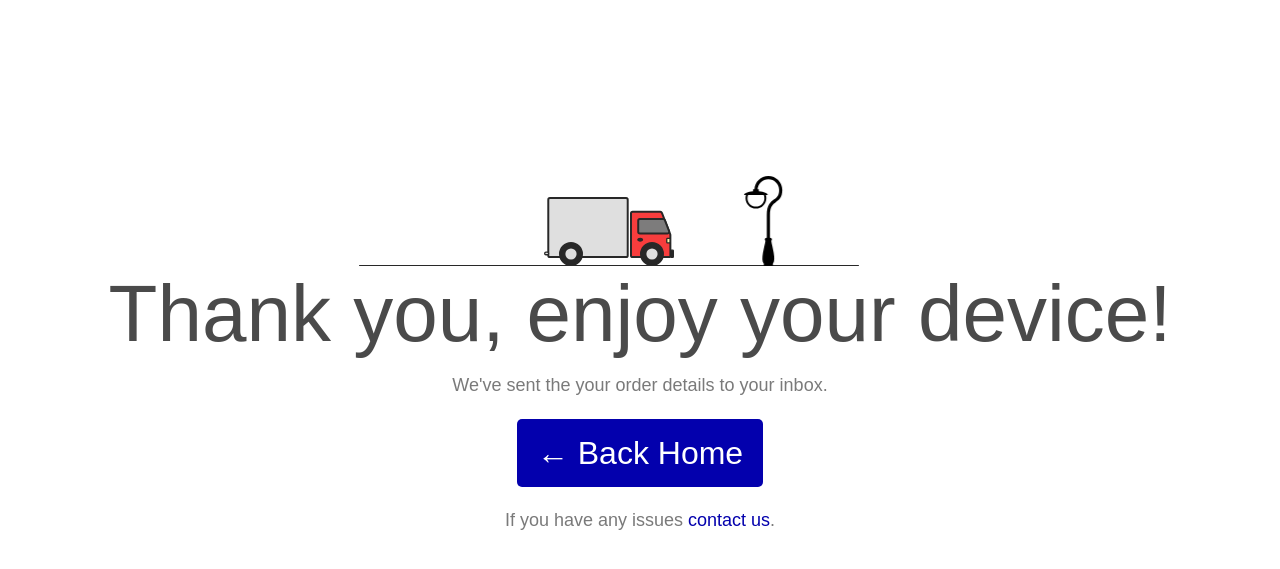
Repository: Davidobi21/macelect
Page: frontend/pages/thank-you.html
An editor plug-in stored every save of this project. The page is shown before and after the next save, followed by the edit.
The browser window is 1280 px wide. The pictures show the whole page.

Above is the page before, as saved 2025-05-06 10:39:06.

### frontend/pages/thank-you.html
<!DOCTYPE html>
<html lang="en">
<head>
  <meta charset="UTF-8">
  <meta name="viewport" content="width=device-width, initial-scale=1.0">
  <title>Thank You</title>
  <link href="https://cdn.jsdelivr.net/npm/bootstrap@5.3.0-alpha1/dist/css/bootstrap.min.css" rel="stylesheet">
  <style>
    body {
      display: flex;
      justify-content: center;
      align-items: center;
      height: 100vh;
      margin: 0;
      font-family: 'Arial', sans-serif;
    }

    /* From Uiverse.io by vinodjangid07 */
.loader {
  width: 1000px;
  height: 100px;
  display: flex;
  align-items: center;
  justify-content: center;
}

.truckWrapper {
  width: 500px;
  height: 100px;
  display: flex;
  flex-direction: column;
  position: relative;
  align-items: center;
  justify-content: flex-end;
  overflow-x: hidden;
}
/* truck upper body */
.truckBody {
  width: 130px;
  height: fit-content;
  margin-bottom: 6px;
  animation: motion 1s linear infinite;
}
/* truck suspension animation*/
@keyframes motion {
  0% {
    transform: translateY(0px);
  }
  50% {
    transform: translateY(3px);
  }
  100% {
    transform: translateY(0px);
  }
}
/* truck's tires */
.truckTires {
  width: 130px;
  height: fit-content;
  display: flex;
  align-items: center;
  justify-content: space-between;
  padding: 0px 10px 0px 15px;
  position: absolute;
  bottom: 0;
}
.truckTires svg {
  width: 24px;
}

.road {
  width: 100%;
  height: 1.5px;
  background-color: #282828;
  position: relative;
  bottom: 0;
  align-self: flex-end;
  border-radius: 3px;
}
.road::before {
  content: "";
  position: absolute;
  width: 50px;
  height: 100%;
  background-color: #282828;
  right: -50%;
  border-radius: 3px;
  animation: roadAnimation 1.4s linear infinite;
  border-left: 10px solid white;
}
.road::after {
  content: "";
  position: absolute;
  width: 10px;
  height: 100%;
  background-color: #282828;
  right: -65%;
  border-radius: 3px;
  animation: roadAnimation 1.4s linear infinite;
  border-left: 4px solid white;
}

.lampPost {
  position: absolute;
  bottom: 0;
  right: -2%;
  height: 90px;
  animation: roadAnimation 2.3s linear infinite;
}

@keyframes roadAnimation {
  0% {
    transform: translateX(0px);
  }
  100% {
    transform: translateX(-350px);
  }
}

    .thank-you-container {
      text-align: center;
      padding: 40px;
      border-radius: 10px;
    }
    .thank-you-container img {
      width: 400px;
      margin-bottom: 20px;
    }
    .thank-you-container h1 {
      font-size: 5rem;
      color: #4a4a4a;
      margin-bottom: 10px;
    }
    .thank-you-container p {
      color: #7a7a7a;
      font-size: large;
      margin-bottom: 20px;
    }
    .thank-you-container .btn {
      background-color: #0300ad;
      color: #fff;
      padding: 10px 20px;
      border: none;
      border-radius: 5px;
      text-decoration: none;
      font-size: 2rem;
    }
    .thank-you-container .btn:hover {
      background-color: #e14c6a;
    }
    .thank-you-container .contact {
      margin-top: 20px;
      font-size: 0.9rem;
      color: #7a7a7a;
    }
    .thank-you-container .contact a {
      color:  #0300ad;
      text-decoration: none;
    }
    .thank-you-container .contact a:hover {
      text-decoration: underline;
    }
  </style>
</head>
<body>
  <div class="thank-you-container">
    <!-- From Uiverse.io by vinodjangid07 -->
<div class="loader">
  <div class="truckWrapper">
    <div class="truckBody">
      <svg
        xmlns="http://www.w3.org/2000/svg"
        fill="none"
        viewBox="0 0 198 93"
        class="trucksvg"
      >
        <path
          stroke-width="3"
          stroke="#282828"
          fill="#F83D3D"
          d="M135 22.5H177.264C178.295 22.5 179.22 23.133 179.594 24.0939L192.33 56.8443C192.442 57.1332 192.5 57.4404 192.5 57.7504V89C192.5 90.3807 191.381 91.5 190 91.5H135C133.619 91.5 132.5 90.3807 132.5 89V25C132.5 23.6193 133.619 22.5 135 22.5Z"
        ></path>
        <path
          stroke-width="3"
          stroke="#282828"
          fill="#7D7C7C"
          d="M146 33.5H181.741C182.779 33.5 183.709 34.1415 184.078 35.112L190.538 52.112C191.16 53.748 189.951 55.5 188.201 55.5H146C144.619 55.5 143.5 54.3807 143.5 53V36C143.5 34.6193 144.619 33.5 146 33.5Z"
        ></path>
        <path
          stroke-width="2"
          stroke="#282828"
          fill="#282828"
          d="M150 65C150 65.39 149.763 65.8656 149.127 66.2893C148.499 66.7083 147.573 67 146.5 67C145.427 67 144.501 66.7083 143.873 66.2893C143.237 65.8656 143 65.39 143 65C143 64.61 143.237 64.1344 143.873 63.7107C144.501 63.2917 145.427 63 146.5 63C147.573 63 148.499 63.2917 149.127 63.7107C149.763 64.1344 150 64.61 150 65Z"
        ></path>
        <rect
          stroke-width="2"
          stroke="#282828"
          fill="#FFFCAB"
          rx="1"
          height="7"
          width="5"
          y="63"
          x="187"
        ></rect>
        <rect
          stroke-width="2"
          stroke="#282828"
          fill="#282828"
          rx="1"
          height="11"
          width="4"
          y="81"
          x="193"
        ></rect>
        <rect
          stroke-width="3"
          stroke="#282828"
          fill="#DFDFDF"
          rx="2.5"
          height="90"
          width="121"
          y="1.5"
          x="6.5"
        ></rect>
        <rect
          stroke-width="2"
          stroke="#282828"
          fill="#DFDFDF"
          rx="2"
          height="4"
          width="6"
          y="84"
          x="1"
        ></rect>
      </svg>
    </div>
    <div class="truckTires">
      <svg
        xmlns="http://www.w3.org/2000/svg"
        fill="none"
        viewBox="0 0 30 30"
        class="tiresvg"
      >
        <circle
          stroke-width="3"
          stroke="#282828"
          fill="#282828"
          r="13.5"
          cy="15"
          cx="15"
        ></circle>
        <circle fill="#DFDFDF" r="7" cy="15" cx="15"></circle>
      </svg>
      <svg
        xmlns="http://www.w3.org/2000/svg"
        fill="none"
        viewBox="0 0 30 30"
        class="tiresvg"
      >
        <circle
          stroke-width="3"
          stroke="#282828"
          fill="#282828"
          r="13.5"
          cy="15"
          cx="15"
        ></circle>
        <circle fill="#DFDFDF" r="7" cy="15" cx="15"></circle>
      </svg>
    </div>
    <div class="road"></div>

    <svg
      xml:space="preserve"
      viewBox="0 0 453.459 453.459"
      xmlns:xlink="http://www.w3.org/1999/xlink"
      xmlns="http://www.w3.org/2000/svg"
      id="Capa_1"
      version="1.1"
      fill="#000000"
      class="lampPost"
    >
      <path
        d="M252.882,0c-37.781,0-68.686,29.953-70.245,67.358h-6.917v8.954c-26.109,2.163-45.463,10.011-45.463,19.366h9.993
c-1.65,5.146-2.507,10.54-2.507,16.017c0,28.956,23.558,52.514,52.514,52.514c28.956,0,52.514-23.558,52.514-52.514
c0-5.478-0.856-10.872-2.506-16.017h9.992c0-9.354-19.352-17.204-45.463-19.366v-8.954h-6.149C200.189,38.779,223.924,16,252.882,16
c29.952,0,54.32,24.368,54.32,54.32c0,28.774-11.078,37.009-25.105,47.437c-17.444,12.968-37.216,27.667-37.216,78.884v113.914
h-0.797c-5.068,0-9.174,4.108-9.174,9.177c0,2.844,1.293,5.383,3.321,7.066c-3.432,27.933-26.851,95.744-8.226,115.459v11.202h45.75
v-11.202c18.625-19.715-4.794-87.527-8.227-115.459c2.029-1.683,3.322-4.223,3.322-7.066c0-5.068-4.107-9.177-9.176-9.177h-0.795
V196.641c0-43.174,14.942-54.283,30.762-66.043c14.793-10.997,31.559-23.461,31.559-60.277C323.202,31.545,291.656,0,252.882,0z
M232.77,111.694c0,23.442-19.071,42.514-42.514,42.514c-23.442,0-42.514-19.072-42.514-42.514c0-5.531,1.078-10.957,3.141-16.017
h78.747C231.693,100.736,232.77,106.162,232.77,111.694z"
      ></path>
    </svg>
  </div>
</div>

    <h1>Thank you, enjoy your device!</h1>
    <p>We've sent the your order details to your inbox.</p>
    <a href="../index.html" class="btn">← Back Home</a>
    <div class="contact">
      <p>If you have any issues <a href="contact.html">contact us</a>.</p>
    </div>
  </div>
</body>
</html>

After the next save:
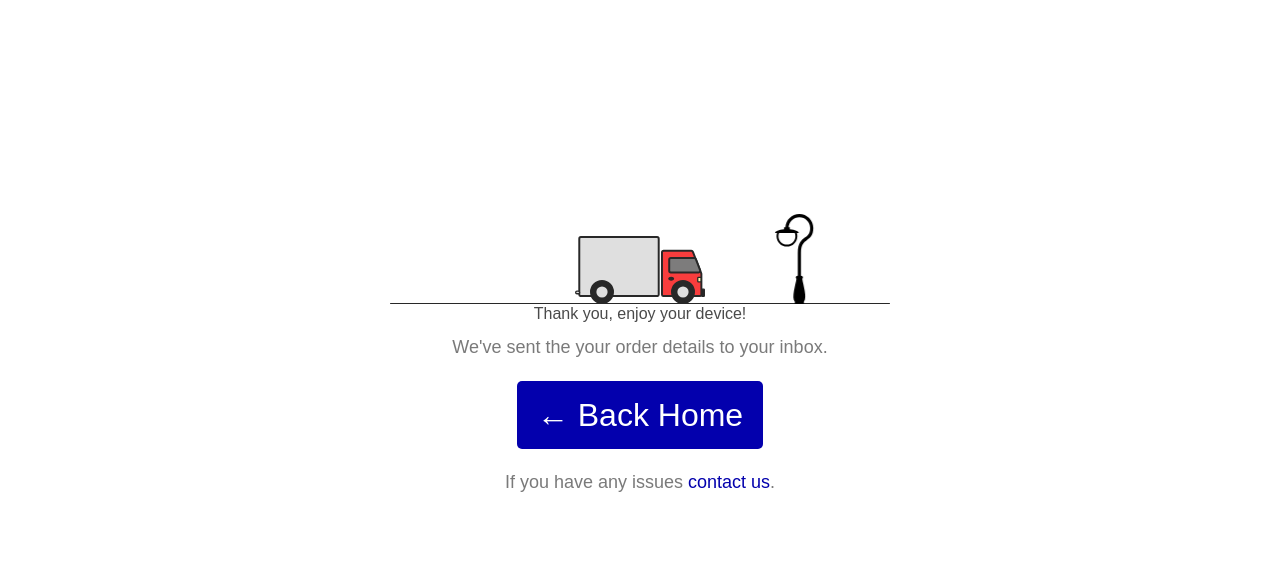
Saved 28 s later.
--- a/frontend/pages/thank-you.html
+++ b/frontend/pages/thank-you.html
@@ -122,12 +122,8 @@
       padding: 40px;
       border-radius: 10px;
     }
-    .thank-you-container img {
-      width: 400px;
-      margin-bottom: 20px;
-    }
     .thank-you-container h1 {
-      font-size: 5rem;
+      font-size: 1rem;
       color: #4a4a4a;
       margin-bottom: 10px;
     }
